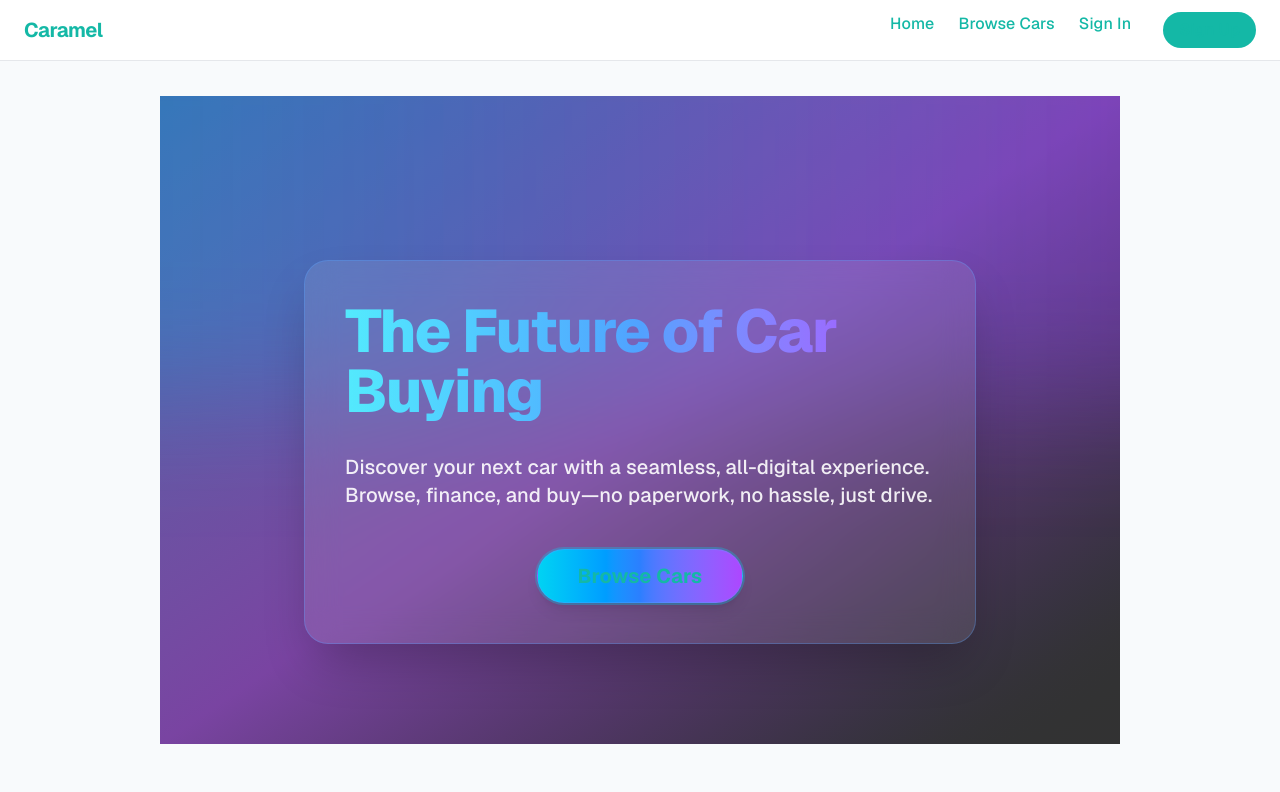
Repository: virat07/sellyourcar
Page: /
The author's editor kept a copy of each file at every save. The page is drawn from the files as they stood at one save, then again after the next save.
The browser window is 1280 px wide. The pictures show the whole page.
The project was rebuilt for these pictures with package versions that can differ from the ones it lists, and the page was loaded fresh each time. The framework's server and built-in components were replaced by stand-ins that run in the browser. Also part of the build but not shown: next.config.ts.

Above is the page before, as saved 2025-07-18 15:10:13.

After the next save:
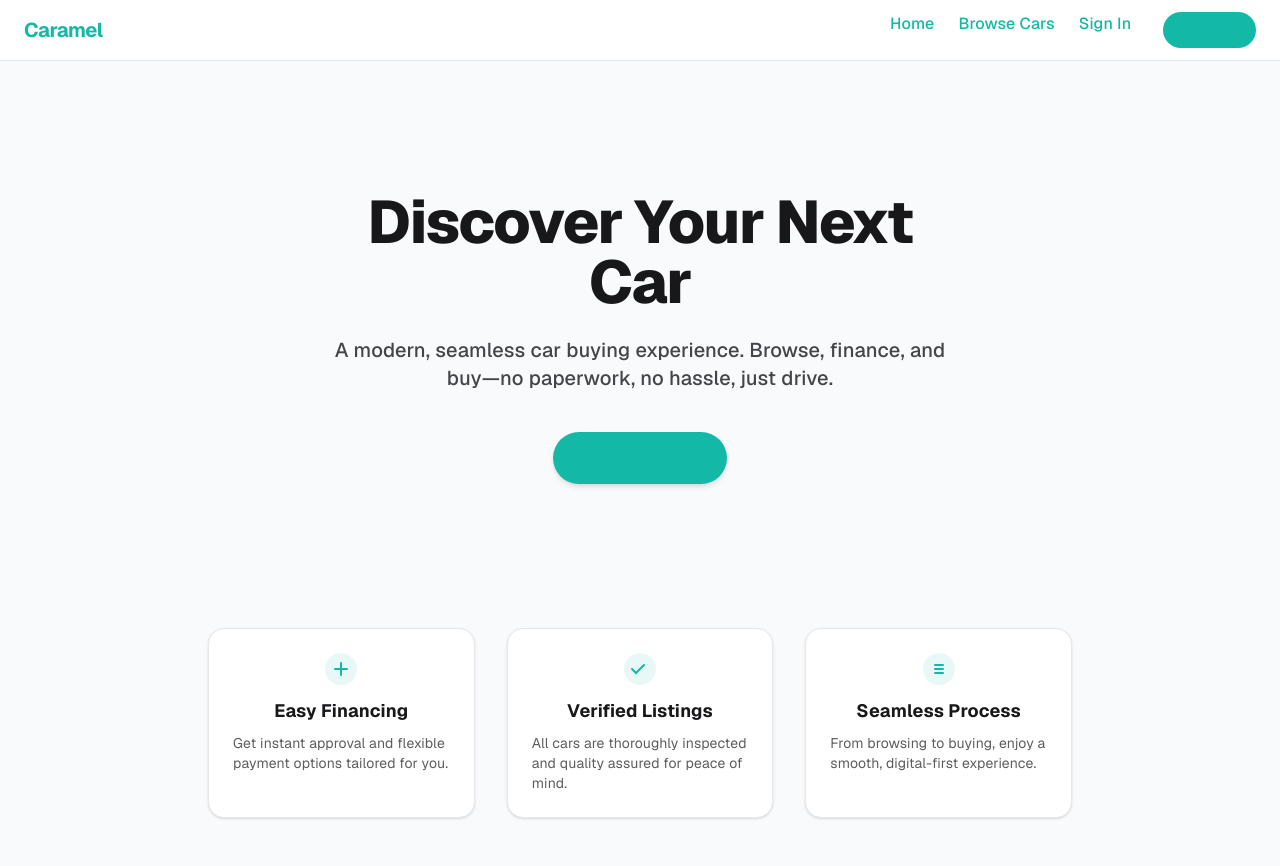
Saved 49 s later.
--- a/src/app/page.tsx
+++ b/src/app/page.tsx
@@ -1,24 +1,38 @@
-import Image from "next/image";
+import Link from "next/link";
 
 export default function Home() {
   return (
-    <main className="relative flex flex-col items-center justify-center min-h-[90vh] pt-32 pb-16 px-4 overflow-hidden">
-      {/* Animated gradient background */}
-      <div className="absolute inset-0 -z-10 bg-gradient-to-br from-blue-900 via-purple-900 to-black animate-gradient-move opacity-80" />
-      <div className="absolute -top-32 left-1/2 -translate-x-1/2 w-[120vw] h-[60vh] bg-gradient-to-r from-cyan-400/30 via-blue-500/20 to-purple-600/30 rounded-full blur-3xl animate-pulse-slow" />
-      <section className="relative z-10 max-w-2xl w-full mx-auto bg-white/10 backdrop-blur-lg rounded-3xl shadow-2xl border border-blue-400/30 p-10 flex flex-col items-center gap-6">
-        <h1 className="text-5xl sm:text-6xl font-extrabold tracking-tight text-transparent bg-clip-text bg-gradient-to-r from-cyan-300 via-blue-400 to-purple-500 animate-gradient-x mb-2">
-          The Future of Car Buying
+    <main className="flex flex-col items-center justify-center min-h-[80vh]">
+      <section className="w-full max-w-2xl mx-auto text-center py-24 px-4">
+        <h1 className="text-5xl sm:text-6xl font-extrabold tracking-tight mb-6 text-[var(--foreground)]">
+          Discover Your Next Car
         </h1>
-        <p className="text-lg sm:text-xl text-white/90 font-medium mb-4">
-          Discover your next car with a seamless, all-digital experience. Browse, finance, and buy—no paperwork, no hassle, just drive.
+        <p className="text-lg sm:text-xl text-[var(--foreground)]/80 font-medium mb-10">
+          A modern, seamless car buying experience. Browse, finance, and buy—no paperwork, no hassle, just drive.
         </p>
-        <a
+        <Link
           href="/cars"
-          className="inline-block px-10 py-3 bg-gradient-to-r from-cyan-400 via-blue-500 to-purple-500 text-white text-xl font-bold rounded-full shadow-lg hover:from-blue-500 hover:to-cyan-400 transition-all border border-blue-400/40 ring-2 ring-cyan-400/30 animate-glow"
+          className="inline-block px-8 py-3 bg-[var(--accent)] text-white text-lg font-semibold rounded-full shadow-md hover:bg-opacity-90 transition"
         >
           Browse Cars
-        </a>
+        </Link>
+      </section>
+      <section className="w-full max-w-4xl mx-auto grid grid-cols-1 sm:grid-cols-3 gap-8 mt-12 px-4">
+        <div className="bg-white dark:bg-[#23272f] border border-[var(--border)] rounded-2xl p-6 shadow-sm flex flex-col items-center">
+          <svg width="32" height="32" fill="none" className="mb-3 text-[var(--accent)]"><circle cx="16" cy="16" r="16" fill="currentColor" fillOpacity="0.1"/><path d="M10 16h12M16 10v12" stroke="currentColor" strokeWidth="2" strokeLinecap="round"/></svg>
+          <h3 className="font-bold text-lg mb-2">Easy Financing</h3>
+          <p className="text-sm text-[var(--foreground)]/70">Get instant approval and flexible payment options tailored for you.</p>
+        </div>
+        <div className="bg-white dark:bg-[#23272f] border border-[var(--border)] rounded-2xl p-6 shadow-sm flex flex-col items-center">
+          <svg width="32" height="32" fill="none" className="mb-3 text-[var(--accent)]"><circle cx="16" cy="16" r="16" fill="currentColor" fillOpacity="0.1"/><path d="M8 16l4 4 8-8" stroke="currentColor" strokeWidth="2" strokeLinecap="round"/></svg>
+          <h3 className="font-bold text-lg mb-2">Verified Listings</h3>
+          <p className="text-sm text-[var(--foreground)]/70">All cars are thoroughly inspected and quality assured for peace of mind.</p>
+        </div>
+        <div className="bg-white dark:bg-[#23272f] border border-[var(--border)] rounded-2xl p-6 shadow-sm flex flex-col items-center">
+          <svg width="32" height="32" fill="none" className="mb-3 text-[var(--accent)]"><circle cx="16" cy="16" r="16" fill="currentColor" fillOpacity="0.1"/><path d="M12 20h8M12 16h8M12 12h8" stroke="currentColor" strokeWidth="2" strokeLinecap="round"/></svg>
+          <h3 className="font-bold text-lg mb-2">Seamless Process</h3>
+          <p className="text-sm text-[var(--foreground)]/70">From browsing to buying, enjoy a smooth, digital-first experience.</p>
+        </div>
       </section>
     </main>
   );
